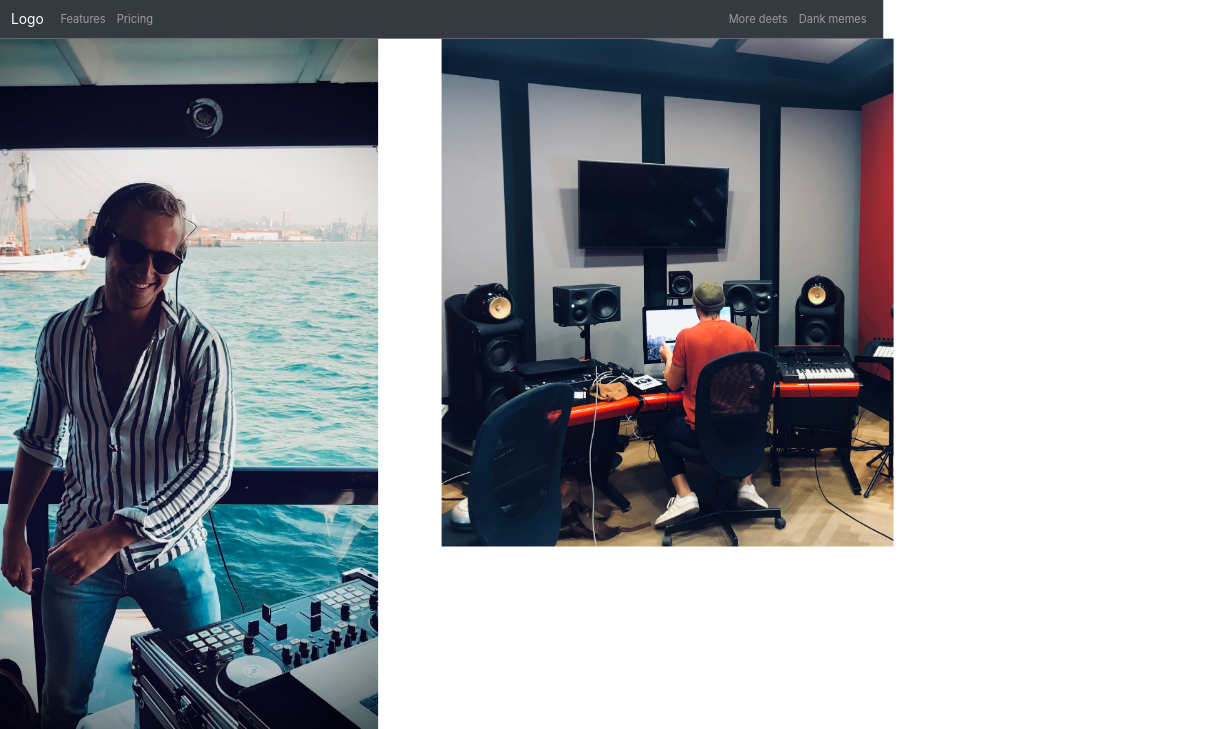
Repository: schweizercode/schweezzy
Page: /
An editor plug-in stored every save of this project. The page is shown before and after the next save, followed by the edit.
The browser window is 1280 px wide. The page is 1295 px wide, then 1785 px, so the pictures cover 1785 px, including what lies to the right of the window. The pictures show the whole page, at 69% of full size.
The project was rebuilt for these pictures with package versions that can differ from the ones it lists, and the page was loaded fresh each time.

Above is the page before, as saved 2021-04-14 13:04:25.

After the next save:
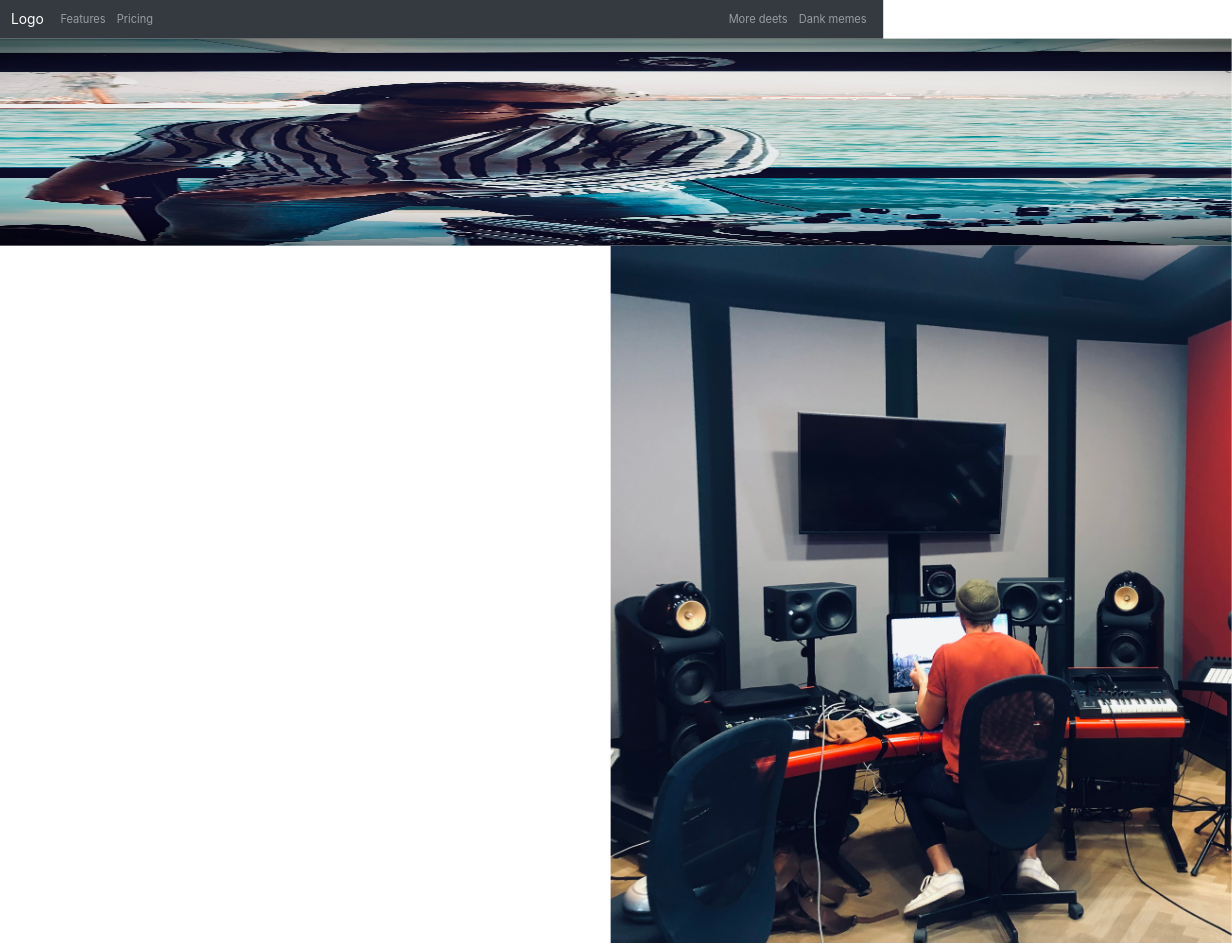
Saved 7 min 51 s later.
--- a/src/Mainpage.js
+++ b/src/Mainpage.js
@@ -10,7 +10,7 @@ function Mainpage() {
 
         <div class='row'>
             <div class='column'>
-                <img src={img1} alt="" style={{ width: '43%', float: 'left' }} />
+                <img src={img1} alt="" style={{ float: 'left', width: '1800px', height: '300px', }} />
                 <img src={img2} alt="" style={{ width: '50%', float: 'right' }} />
             </div>
         </div>
